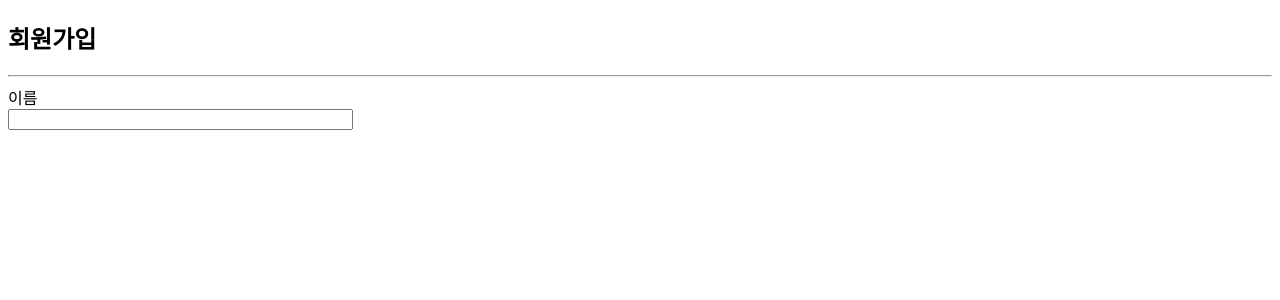
Repository: Hiron-Musk/JSP_ex
Page: jwbook/src/main/webapp/ch03/reform.html
An editor plug-in stored every save of this project. The page is shown before and after the next save, followed by the edit.
The browser window is 1280 px wide. The pictures show the whole page.

Above is the page before, as saved 2024-03-08 05:24:48.

After the next save:
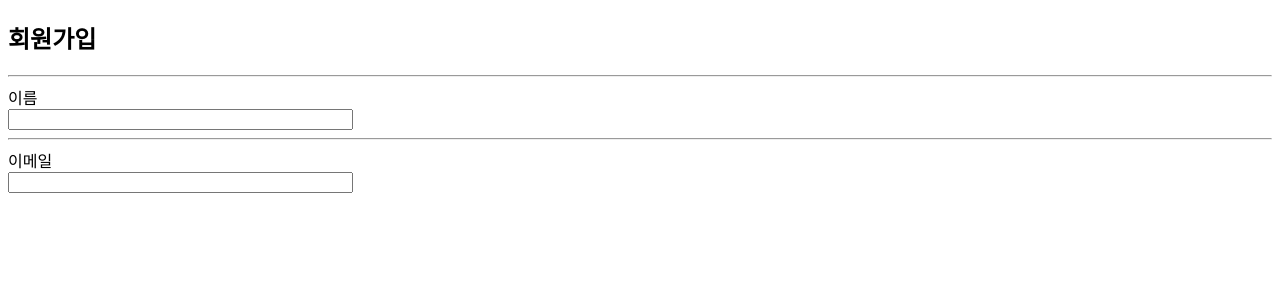
Saved 44 s later.
--- a/jwbook/src/main/webapp/ch03/reform.html
+++ b/jwbook/src/main/webapp/ch03/reform.html
@@ -11,6 +11,9 @@
 			<form name="form1">
 				<label>이름</label><br>
 				<input type="text" name="name" size="40"><br>
+				<hr>
+				<label>이메일</label><br>
+				<input type="email" name="email" size="40"><br>
 			</form>
 		</div>
 	</body>
